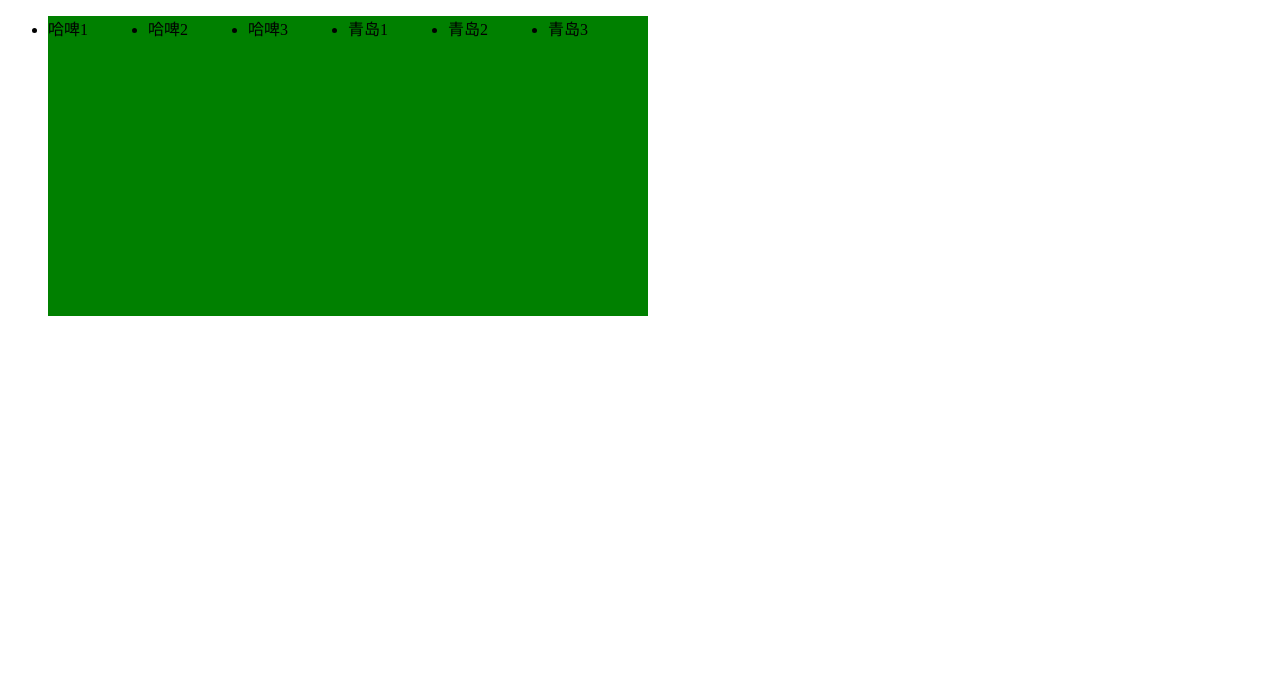
Repository: wyhzglgithub/mygitremote
Page: css/22-偏方.html
These files come from the project's save history. The page is drawn as it stood at one moment and after a run of saves; the edit follows.
The browser window is 1280 px wide. The pictures show the whole page.

Above is the page before, as saved 2021-10-13 17:36:34.

After the next 4 saves:
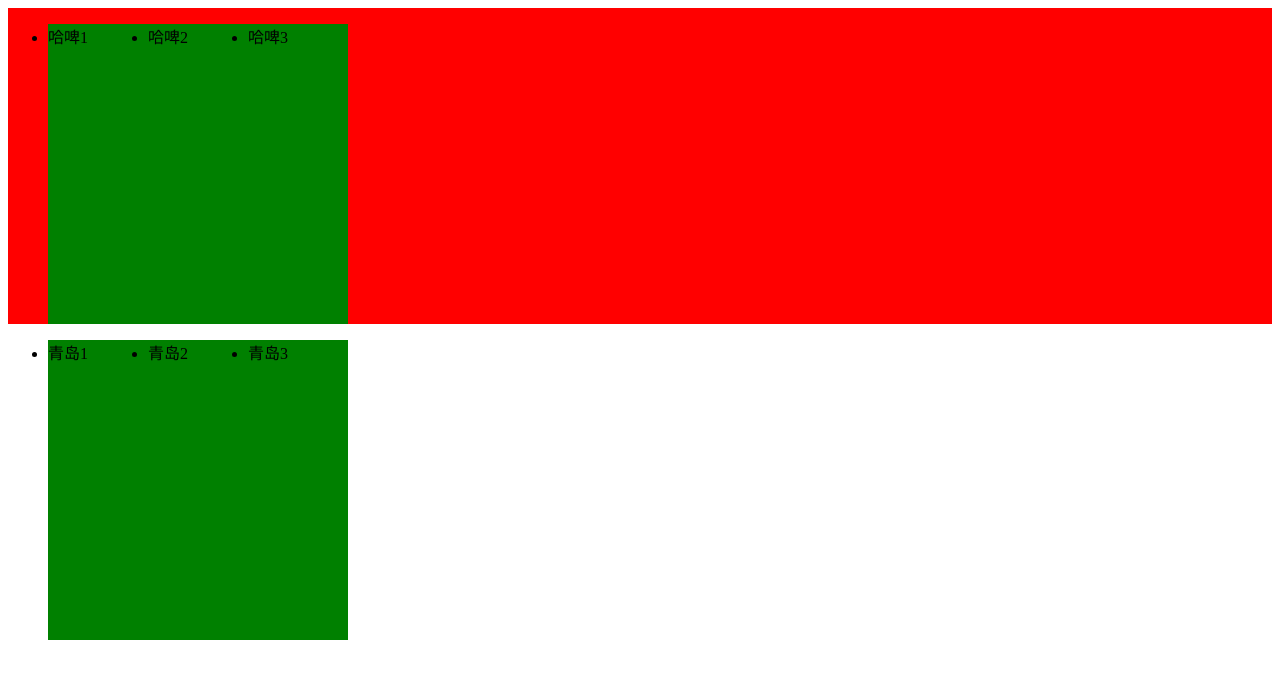
The 4 saves are shown as one change because they came seconds apart.
The last was saved 11 s later.
--- a/css/22-偏方.html
+++ b/css/22-偏方.html
@@ -16,7 +16,7 @@
             background-color:green;
         }
         .box1{
-            clear: both;
+            overflow: hidden;
         }
     </style>
 </head>
